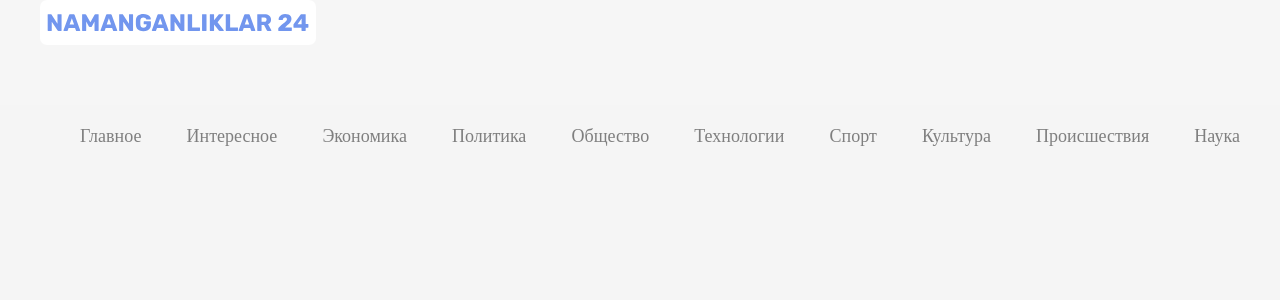
Repository: UlugbekAbdurasulov/projekt
Page: index.html
An editor plug-in stored every save of this project. The page is shown before and after the next save, followed by the edit.
The browser window is 1280 px wide. The pictures show the whole page.

Above is the page before, as saved 2023-05-29 16:11:59.

### index.html
<!DOCTYPE html>
<html lang="ru">
  <head>
    <meta charset="UTF-8" />
    <meta http-equiv="X-UA-Compatible" content="IE=edge" />
    <meta name="viewport" content="width=device-width, initial-scale=1.0" />
    <title>Document</title>
  </head>
  <link rel="stylesheet" href="./css/main.css" />
  <body>
    <header class="navbar">
      <div class="container">
        <div>
          <img src="./images/logo.svg" alt="" />
          <ul>
            <li></li>
          </ul>
        </div>
      </div>
    </header>

    <h1></h1>
    <div class="container">
      <ul class="menu">
        <li class="menu-text">Главное</li>
        <li class="menu-text">Интересное</li>
        <li class="menu-text">Экономика</li>
        <li class="menu-text">Политика</li>
        <li class="menu-text">Общество</li>
        <li class="menu-text">Технологии</li>
        <li class="menu-text">Спорт</li>
        <li class="menu-text">Культура</li>
        <li class="menu-text">Происшествия</li>
        <li class="menu-text">Наука</li>
      </ul>
    </div>
  </body>
</html>

### css/main.css
* {
    box-sizing: border-box;
    text-decoration: none;
    list-style: none;
  }

body {
    margin: 0;
    padding: 0;
    background-color: #f5f5f5;
  }
  .container {
    width: 1240px;
    margin: 0px auto;
    padding: 0px 20px;
  }
.navbar{
background-color:#F6F6F6;
height: 105px;
}
.menu{
    display: flex;
    justify-content: space-between;
}
.menu-text{
    font-family: 'Rubik';
font-style: normal;
font-weight: 500;
font-size: 18px;
line-height: 21px;
text-align: center;
color: #7F7F7F;
}
.visually-hidden {
    position: absolute;
    width: 1px;
    height: 1px;
    margin: -1px;
    padding: 0;
    overflow: hidden;
    border: 0;
    clip: rect(0 0 0 0)
  }

After the next save:
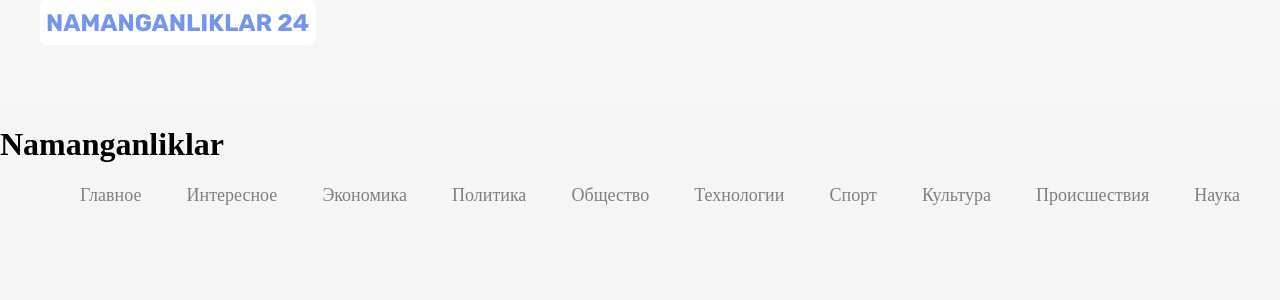
Saved 7 s later.
--- a/index.html
+++ b/index.html
@@ -19,7 +19,7 @@
       </div>
     </header>
 
-    <h1></h1>
+    <h1>Namanganliklar </h1>
     <div class="container">
       <ul class="menu">
         <li class="menu-text">Главное</li>
